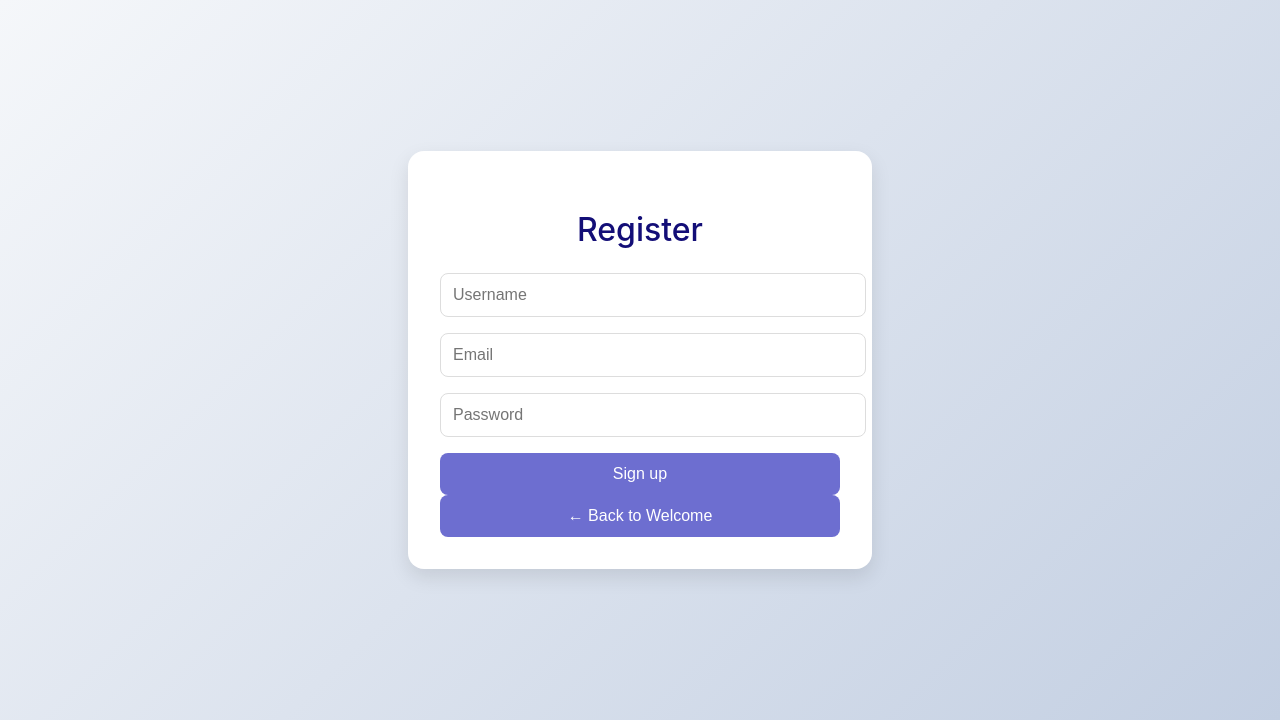
Repository: RachelB9913/smart-task-and-habit-tracker
Page: /register
These files come from the project's save history. The page is drawn as it stood at one moment and after the next save; the edit follows.
The browser window is 1280 px wide. The pictures show the whole page.
The project was rebuilt for these pictures with package versions that can differ from the ones it lists, and the page was loaded fresh each time. Also part of the build but not shown: src/components/welcome.js, src/services/api.js, src/components/Login.js, src/components/Auth.css, src/components/DashBoard.js.

Above is the page before, as saved 2025-06-18 18:29:17.

After the next save:
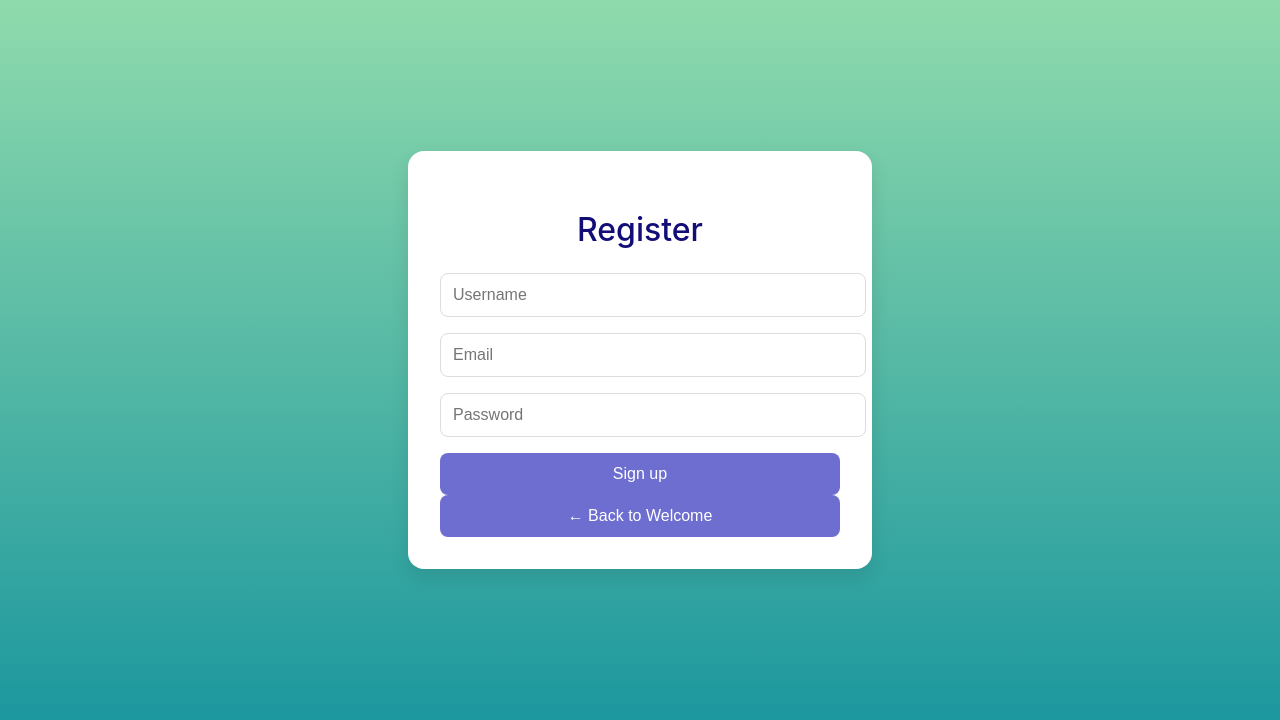
Saved 35 s later.
--- a/src/App.css
+++ b/src/App.css
@@ -175,7 +175,7 @@ h2 {
 }
 
 .register-background {
-  background: linear-gradient(135deg, #f5f7fa, #c3cfe2);
+  background: linear-gradient(to bottom, hsl(143, 51%, 71%), #1c979e);
   min-height: 100vh;
   display: flex;
   align-items: center;
